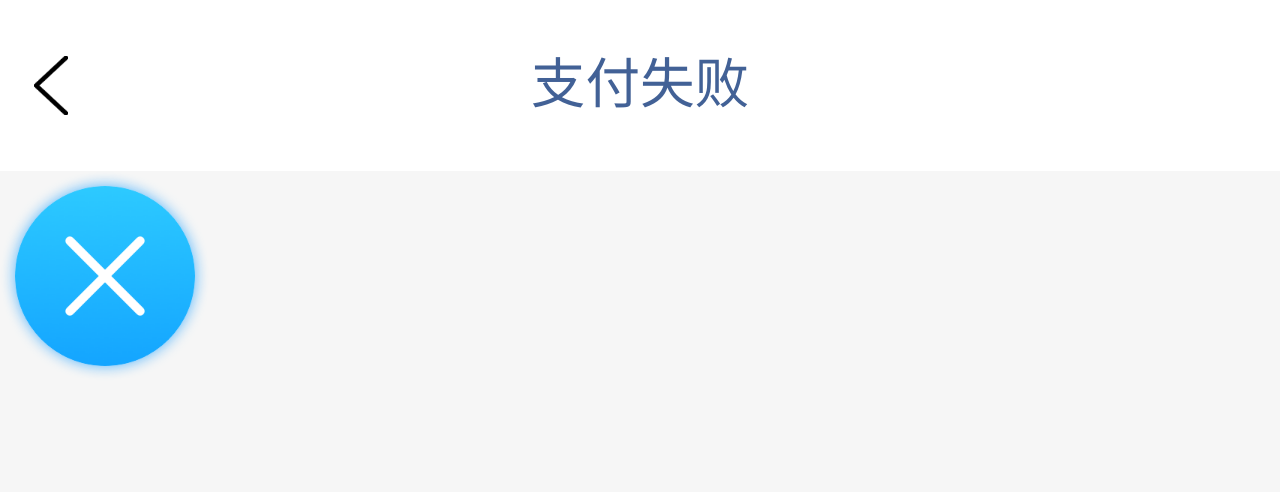
Repository: 421538074/sell
Page: consumer/pay-fail.html
These files come from the project's save history. The page is drawn as it stood at one moment and after the next save; the edit follows.
The browser window is 1280 px wide. The pictures show the whole page.

Above is the page before, as saved 2019-05-31 15:36:23.

After the next save:
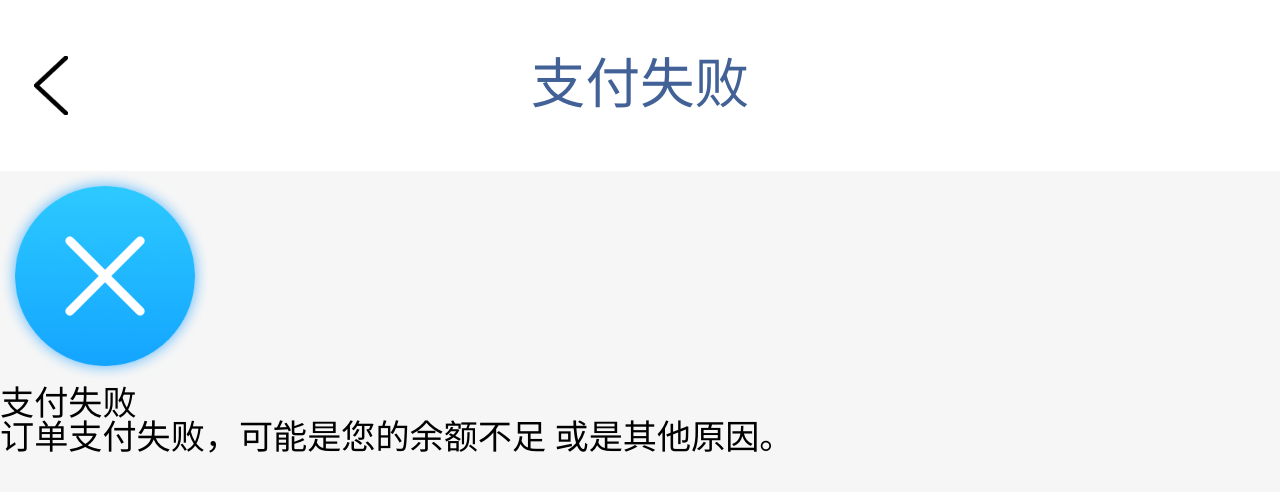
Saved 58 s later.
--- a/consumer/pay-fail.html
+++ b/consumer/pay-fail.html
@@ -19,6 +19,9 @@
         </nav>
         <div class="order-fail-wrapper">
             <img src="../img/order-fail.png" class="order-success-icon">
+            <p class="order-fail-title">支付失败</p>
+            <p class="order-fail-info">订单支付失败，可能是您的余额不足
+                    或是其他原因。</p>
         </div>
 
     </div>
